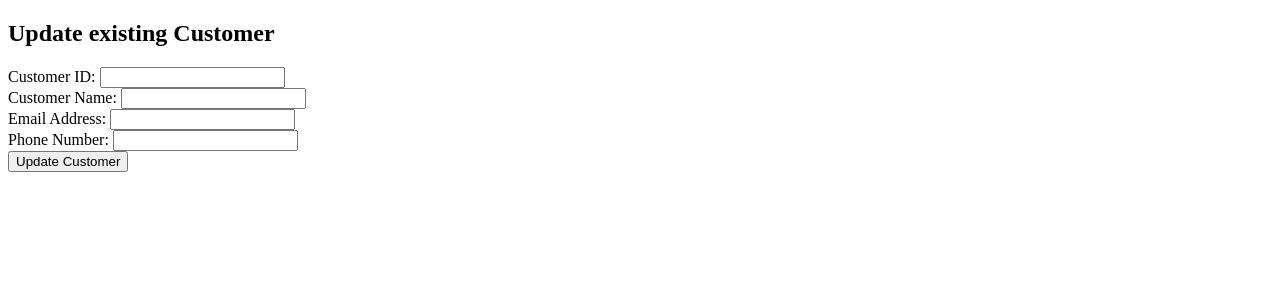
Repository: NirmalyaSatapathy/NirmalyaSatapathyProjects
Page: CarRental/CarRental/src/main/webapp/updateCustomer.html
The author's editor kept a copy of each file at every save. The page is drawn from the files as they stood at one save, then again after the next save.
The browser window is 1280 px wide. The pictures show the whole page.

Above is the page before, as saved 2025-05-04 11:20:30.

### CarRental/CarRental/src/main/webapp/updateCustomer.html
<!DOCTYPE html>
<html>
<head>
<meta charset="UTF-8">
<title>Insert title here</title>
</head>
<body>
  <h2>Update existing Customer</h2>
    <form action="UpdateCustomer" method="post">
      Customer ID: <input type="number" name="customerId" required><br>
        <label for="name">Customer Name:</label>
        <input type="text" id="name" name="name" required><br>

        <label for="email">Email Address:</label>
        <input type="email" id="email" name="email" required><br>

        <label for="phone">Phone Number:</label>
        <input type="text" id="phone" name="phone" required><br>

        <button type="submit">Update Customer</button>
    </form>
</body>
</html>

After the next save:
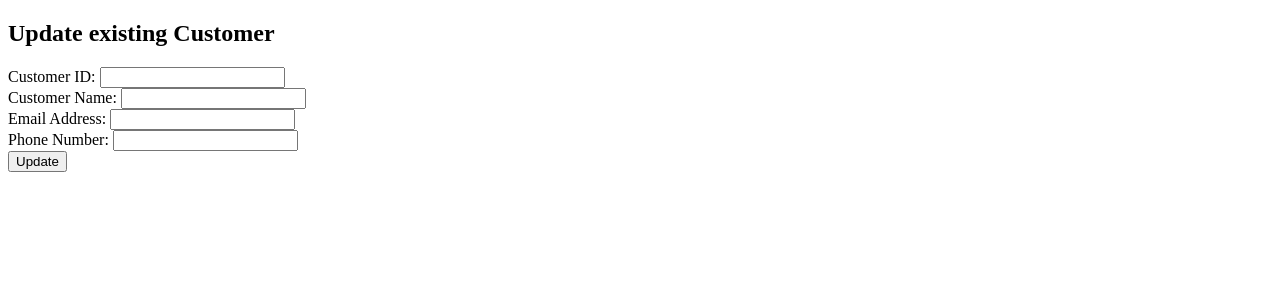
Saved 7 s later.
--- a/CarRental/CarRental/src/main/webapp/updateCustomer.html
+++ b/CarRental/CarRental/src/main/webapp/updateCustomer.html
@@ -17,7 +17,7 @@
         <label for="phone">Phone Number:</label>
         <input type="text" id="phone" name="phone" required><br>
 
-        <button type="submit">Update Customer</button>
+        <button type="submit">Update</button>
     </form>
 </body>
 </html>
